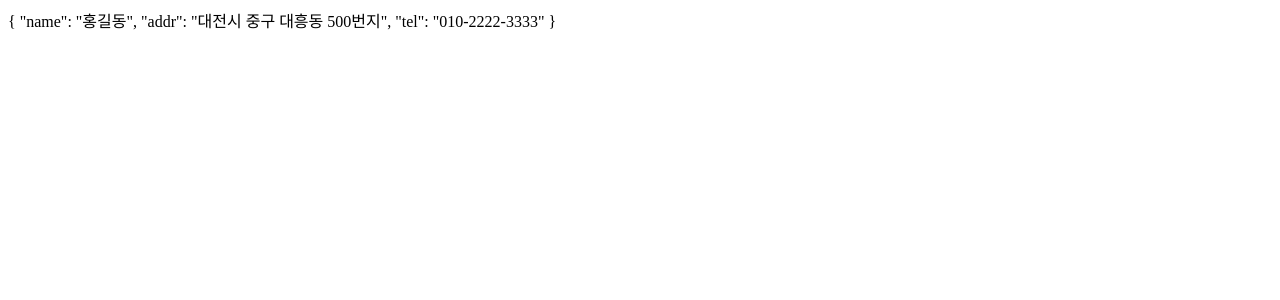
Repository: prawniel99/05_JQuery
Page: http://localhost/jqpro/비동기_XMLRequest/jobj.jsp
These files come from the project's save history. The page is drawn as it stood at one moment and after the next save; the edit follows.
The browser window is 1280 px wide. The pictures show the whole page.
The page is served by Tomcat 9.

Above is the page before, as saved 2024-08-22 03:00:51.

After the next save:
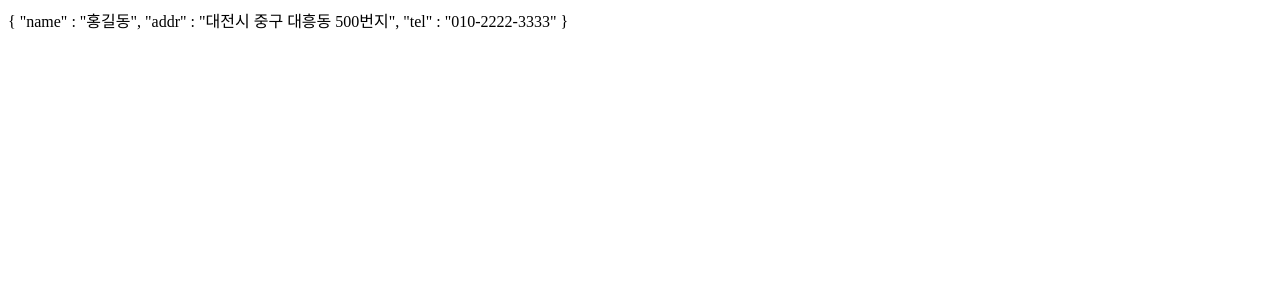
Saved 19 s later.
--- a/workspace/jqpro/WebContent/비동기_XMLRequest/jobj.jsp
+++ b/workspace/jqpro/WebContent/비동기_XMLRequest/jobj.jsp
@@ -15,7 +15,7 @@
 <%-- JSON Object --%>
 
 {
-	"name": "홍길동",
-	"addr": "대전시 중구 대흥동 500번지",
-	"tel": "010-2222-3333"
+	"name" : "홍길동",
+	"addr" : "대전시 중구 대흥동 500번지",
+	"tel" : "010-2222-3333"
 }
